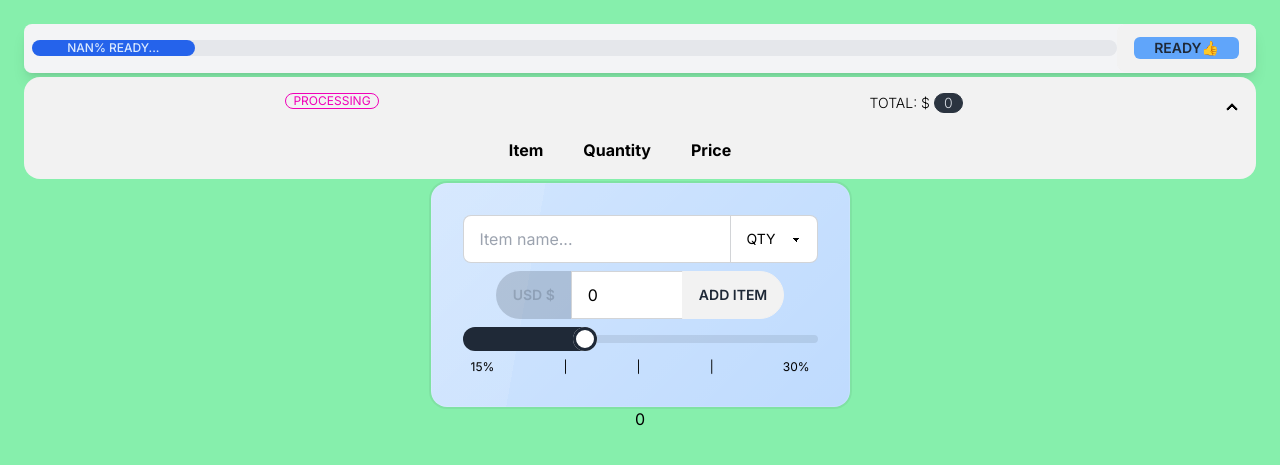
Repository: bitepay/bitepay-xyz
Page: /table
An editor plug-in stored every save of this project. The page is shown before and after the next save, followed by the edit.
The browser window is 1280 px wide. The pictures show the whole page.
The page's requests for data from a server got no answer. The project was rebuilt for these pictures with package versions that can differ from the ones it lists, and the page was loaded fresh each time. The framework's server and built-in components were replaced by stand-ins that run in the browser. No one was signed in, and anything a server would have sent is missing. Also part of the build but not shown: next.config.js.

Above is the page before, as saved 2023-06-27 23:42:28.

### src/pages/_app.js
import '@/styles/globals.css';
import { UserSocketProvider } from '@/context/UserSocketContext';

export default function App({ Component, pageProps }) {
  return (
    <UserSocketProvider>
      <Component {...pageProps} />
    </UserSocketProvider>
  )
}

### src/pages/table.js

// import Image from 'next/image'
import Head from "next/head"
// import Link from "next/link"
import { Inter } from 'next/font/google'

import { useUserSocketContext } from '@/context/UserSocketContext'

import { AddItemInput } from '@/components/AddItemInput'
import { ProgressBar } from '@/components/ProgressBar'
import { UserBill } from '@/components/UserBill'
import { MembersBill } from '@/components/MembersBill'

const inter = Inter({ subsets: ['latin'] })

export default function Table() {

  const { socket, user, tableMembers, setUser } = useUserSocketContext();

  if (user.tableID !== 0) {
    socket.emit('joinTable', user)
  }

  const handleUserDelete = (user, payload) => {
    socket.emit('userDeleteItem', {user, payload})
  };

  const handleUserUpdate = (user, payload) => {
    socket.emit('userUpdate', {user, payload})
  };

  const userUpdateStatus = (user) => {
    if (user.status === 'PROCESSING') {
      socket.emit('userUpdateStatus', { ...user, status: 'READY' })
    } else {
      socket.emit('userUpdateStatus', { ...user, status: 'PROCESSING' })
    }
  }

  return (
    <>
      <Head>
        <title>BitePay - Table</title>
        <meta name="description" content="The fastest and easiest way to divvy up the dining bill between your friends."></meta>
      </Head>

      <main className={`flex min-h-screen flex-col items-center p-6 ${inter.className} bg-green-300`} >

        <ProgressBar user={user} tableMembers={tableMembers} userUpdateStatus={userUpdateStatus} />
        <UserBill user={user} handleUserDelete={handleUserDelete} />
        <AddItemInput user={user} handleUserUpdate={handleUserUpdate} setUser={setUser} />
        <MembersBill tableMembers={tableMembers} userId={user.id}/>

      </main>
    </>
  )
}

### src/context/UserSocketContext.js
'use client';
import React, { createContext, useEffect, useState, useContext } from 'react'
import { io } from 'socket.io-client'


// Create a new context
const UserSocketContext = createContext({});

// Custom context provider component
export const UserSocketProvider = ({ children }) => {

  const [socket, setSocket] = useState(null);

  const [user, setUser] = useState({
    id: '',
    username: '',
    tableID: 0,
    myItems: [],
    tip: 15,
    total: 0,
    status: 'PROCESSING',
  });

  const [tableMembers, setTableMembers] = useState([]);

  // Establish the Socket.IO connection when the component mounts
  useEffect(() => {

    const socket = io('https://bitepay.xyz');
    setSocket(socket);

    socket.on('connect', () => {
      console.log('Successfully connected to the ws server!')
    })

    // set user id to the websocket id
    socket.on('setId', (data) => setUser((prevUser) => {
      prevUser.id = data
      return prevUser;
    }));

    // listen to events from ws server regarding members of the table
    socket.on('tableMembers', (data) => setTableMembers((prevTableMembers) => { return [...data.slice()] }));

    // listen to events from ws server regarding updates to tableMembers
    socket.on('tableMemberUpdate', (data) => {

      if (data.id === user.id) {
        setUser((prevUser) => {
          prevUser.myItems = data.myItems;
          prevUser.tip = data.tip;
          prevUser.total = data.total;
          prevUser.status = data.status;
          return prevUser;
        })
      }

      setTableMembers((prevTableMembers) => {
        return prevTableMembers.map((member) => {
          if (member.id === data.id) {
            member.myItems = data.myItems
            member.tip = data.tip
            member.total = data.total
            member.status = data.status
            return member
          } else {
            return member
          }
        })
      })
    });

    // listen to events from ws server regarding members leaving the table
    socket.on('userLeft', (data) => {
      setTableMembers((prevTableMembers) => {
        return prevTableMembers.filter((member) => {
          return member.id !== data.id
        })
      })
    });

    socket.on('disconnect', () => {
      console.log('Disconnected from the ws server!');
    });

    // Clean up the socket connection when the component unmounts
    return () => {
      socket.off('connect');
      socket.off('setId');
      socket.off('tableMembers');
      socket.off('tableMemberUpdate');
      socket.off('userLeft');
      socket.disconnect();
    };
  }, [user.id]);

  // Provide the socket object to the child components
  return (
    <UserSocketContext.Provider value={{socket, user, setUser, tableMembers, setTableMembers}}>
      {children}
    </UserSocketContext.Provider>
  );
};

// Export the SocketContext
export default UserSocketContext;

// Export a custom hook that can be used to consume this context
export const useUserSocketContext = () => useContext(UserSocketContext);

### src/components/AddItemInput.jsx
import { useState, useEffect } from 'react';

export const AddItemInput = ({ handleUserUpdate, user, setUser }) => {
	const [itemName, setItemName] = useState('');
	const [itemPrice, setItemPrice] = useState(0);
	const [itemQuantity, setItemQuantity] = useState(0);
	const [userTip, setUserTip] = useState(user.tip);

	useEffect(() => {
		setUserTip(user.tip)
	}, [])

	const handleClick = (e) => {
			e.preventDefault();
			if (itemQuantity === 0) {
					alert("Don't forget to add quantity!");
			}
			else if (itemPrice <= 0) {
					alert("Please don't forget to add your item's price!");
			}
			else if (itemName != "" && itemPrice > 0 && itemQuantity > 0) {
					const itemID = Math.ceil(Math.random()*1000000000);
					const payload = {itemID, itemName, itemPrice, itemQuantity};
					handleUserUpdate(user, payload);
					setItemName('');
					setItemPrice(0);
			} else {
					alert("Please fill out all fields");
			}
	}

	const handleTipChange = (e) => {
		setUser({...user, tip: parseInt(e.target.value)})
	}

	return (
		<>
			<div className="card glass bg-blue-200">
				<div className="card-body">
					<div className="join mx-auto">

						<input className="input input-bordered join-item max-w-34" placeholder="Item name..." value={itemName} onChange={(e) => {setItemName(e.target.value)}}/>

						<select className="select select-bordered join-item" value={itemQuantity} onChange={(e) => setItemQuantity(e.target.value)}>
							<option disabled value={0}>QTY</option>
							<option value={1/4}>
									1/4
							</option>
							<option value={1/3}>
									1/3
							</option>
							<option value={1/2}>
									1/2
							</option>
							<option value={1}>
									1
							</option>
							<option value={2}>
									2
							</option>
							<option value={3}>
									3
							</option>
							<option value={4}>
									4
							</option>
						</select>

					</div>
					<div className="mx-auto">
						<div className="join">
							<button className="btn join-item rounded-l-full" disabled="true">USD $</button>
							<input className="input input-bordered join-item w-28" placeholder="Price" type="number" value={itemPrice} onChange={(e) => {setItemPrice(e.target.value)}}/>
							<button className="btn join-item rounded-r-full" disabled={user.status === 'READY'} onClick={(e) => handleClick(e)}>ADD ITEM</button>
						</div>
					</div>
						<input type="range" min={15} max={30} value={20} className="range" step="1" onChange={(e) => handleTipChange(e)} />
						<div className="w-full flex justify-between text-xs px-2">
							<span>15%</span>
							<span>|</span>
							<span>|</span>
							<span>|</span>
							<span>30%</span>
						</div>
				</div>
			</div>
		</>
	)
};

### src/components/ProgressBar.jsx
import { useState, useEffect } from 'react';

export const ProgressBar = ({ tableMembers, user, userUpdateStatus }) => {

  const [progress, setProgress] = useState(0);

  useEffect(() => {
    const completed = tableMembers.filter((member) => member.status === 'READY');
    const progress = Math.round(100 * ((completed.length / tableMembers.length) * 100)) / 100;
    setProgress(progress);

    console.log(`Re-render triggered from tableMember update in ProgressBar. Progress is now ${progress}%`)
  }, [tableMembers])

  const progressBar = (progress) => {
    if (progress === 100) {
      return (
          <div className="w-full bg-gray-200 rounded-full dark:bg-gray-700">
            <div className="bg-green-600 text-xs font-medium text-green-100 text-center p-0.5 leading-none rounded-full" style={{width: `${progress}%`}}> {progress}% COMPLETE! </div>
          </div>
      )
    } else {
      return (
        <div className="w-full bg-gray-200 rounded-full dark:bg-gray-700">
            <div className="bg-blue-600 text-xs font-medium text-blue-100 text-center p-0.5 leading-none rounded-full" style={{width: `${progress < 15 ? 15 : progress}%`}}> {progress}% READY... </div>
          </div>
      )
    }
  }

  const handleChange = () => {
    userUpdateStatus(user)
  }

  const toggleStatusButton = (status) => {
    return (
      <label className="btn swap swap-rotate">

        {/* this hidden checkbox controls the state */}
        <input type="checkbox" onChange={() => handleChange()} checked={user.status === 'READY'}/>

        {/* ready icon */}

        <div class="swap-on bg-red-400 p-1 rounded-md">Make changes</div>
        <div class="swap-off bg-blue-400 p-1 rounded-md">Ready👍</div>

        {/* not ready icon */}


      </label>
    )

  }



  return (

      <div className="w-full flex items-center justify-between mb-.5 mx-auto pl-2 overflow-hidden rounded-lg shadow-lg bg-gray-100 uppercase border-b border-gray-100">
          {progressBar(progress)}
        <div id="final-bill-button">
          {toggleStatusButton(user.status)}
        </div>
      </div>

  )
}

### src/components/UserBill.jsx
export const UserBill = ({ user, handleUserDelete }) => {

  const UserItem = (item) => {
    const { itemID, itemName, itemPrice, itemQuantity } = item

    return (
      <tr key={`user-item-${itemID}`}>
				<td className="px-5">{itemName}</td>
				<td className="px-5">{itemQuantity}</td>
				<td className="px-5">{itemPrice}</td>
				{/* This is where we need to add the delete button for User delete feature */}
				<td className="px-5"><button className="btn btn-outline btn-error" onClick={() => handleUserDelete(user, item)} disabled={user.status === 'READY'}>DELETE</button></td>
			</tr>
    )
  }

  return (
    <div className="collapse collapse-arrow bg-base-200 m-1">
      <input type="radio" name="my-accordion-2" defaultChecked="true"/>
      <div className="collapse-title">
        {/* This is where we need to render name, status, and total */}
        <div className="flex justify-around">
          <div className="flex flex-col">
            <div className="text-lg font-medium">
              {user.username}
            </div>
            <div className={`badge badge-sm text-xs ${user.status === 'READY' ? 'badge-accent' : 'badge-secondary badge-outline'}`}>
              {user.status === 'READY' ? 'READY' : 'PROCESSING'}
            </div>
          </div>
          <div className="text-sm font-light my-auto">
            TOTAL{': $ '}
            <div className={`badge ${user.status === 'READY' ? 'badge-primary' : 'badge-neutral'}`}>
              {user.total}
            </div>
          </div>

        </div>
      </div>
      <div className="collapse-content">
        {/* This is where I need to map through user items */}
        <table className="table-auto mx-auto">
          <thead>
            <tr>
              <th className="px-5">Item</th>
              <th className="px-5">Quantity</th>
              <th className="px-5">Price</th>
              <th className="px-5"></th>
            </tr>
          </thead>
          <tbody>
            {user.myItems.map((item) => UserItem(item))}
          </tbody>
        </table>
      </div>
    </div>
  )
}

### src/components/MembersBill.jsx
export const MembersBill = ({ tableMembers, userId }) => {

  const MemberItem = (item) => {
    const { itemID, itemName, itemPrice, itemQuantity } = item

    return (
      <tr key={`member-item-${itemID}`}>
        <td className="px-5">{itemName}</td>
        <td className="px-5">{itemQuantity}</td>
        <td className="px-5">{itemPrice}</td>
        <td className="px-5">{' '}</td>
      </tr>
    )
  }

  return (
    <>
      {tableMembers.length && tableMembers.map((member) => {
        if (member.id !== userId) {
          return (
            <div key={`${member.id}-list-items`} className="collapse collapse-arrow bg-base-200 m-1">
              <input type="radio" name="my-accordion-2"/>
              <div className="collapse-title text-xl font-medium">
                {/* This is where we need to render name, status, and total */}
                {member.username}
              </div>
              <div className="collapse-content">
              <table className="table-auto mx-auto">
                <thead>
                  <tr>
                    <th className="px-5">Item</th>
                    <th className="px-5">Quantity</th>
                    <th className="px-5">Price</th>
                    <th className="px-5"></th>
                  </tr>
                </thead>
                <tbody>
                  {member.myItems?.length ? member.myItems.map((item) => MemberItem(item)) : <tr key="user-no-items"><td>No items yet</td></tr>}
                </tbody>
                </table>
              </div>
            </div>
          )
        }
      })}
    </>
  )
};

### tailwind.config.js
/** @type {import('tailwindcss').Config} */
module.exports = {
  content: [
    './src/pages/**/*.{js,ts,jsx,tsx,mdx}',
    './src/components/**/*.{js,ts,jsx,tsx,mdx}',
    './src/app/**/*.{js,ts,jsx,tsx,mdx}',
  ],
  theme: {
    extend: {
      backgroundImage: {
        'gradient-radial': 'radial-gradient(var(--tw-gradient-stops))',
        'gradient-conic':
          'conic-gradient(from 180deg at 50% 50%, var(--tw-gradient-stops))',
      },
    },
  },
  daisyui: {
    themes: [
      "light",
      "dark"
    ],
  },
  plugins: [require("daisyui")],
}

Loaded but not shown: src/pages/_document.js (common file); src/styles/globals.css (common file)

After the next save:
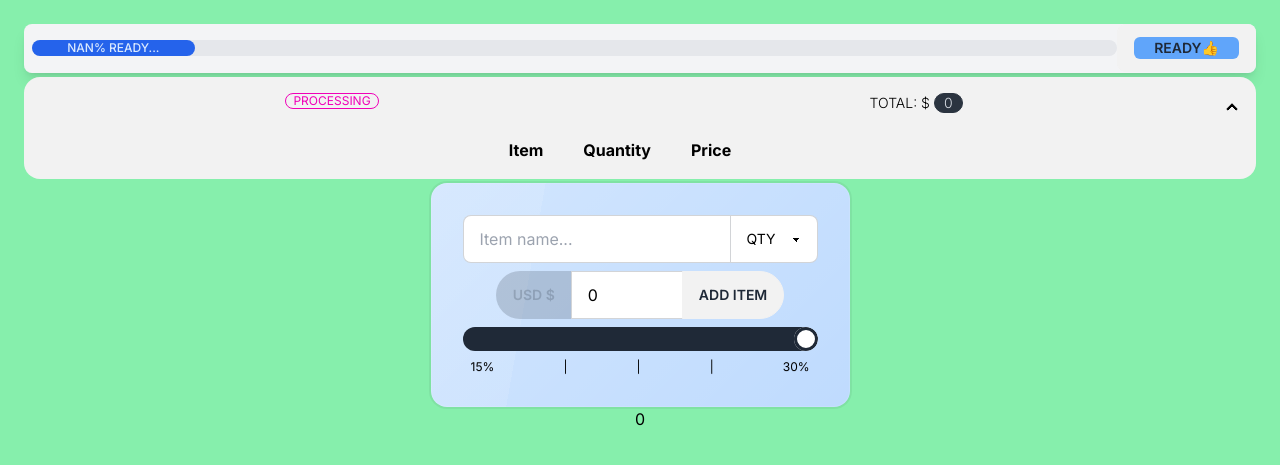
Saved 21 s later.
--- a/src/components/AddItemInput.jsx
+++ b/src/components/AddItemInput.jsx
@@ -74,7 +74,7 @@ export const AddItemInput = ({ handleUserUpdate, user, setUser }) => {
 							<button className="btn join-item rounded-r-full" disabled={user.status === 'READY'} onClick={(e) => handleClick(e)}>ADD ITEM</button>
 						</div>
 					</div>
-						<input type="range" min={15} max={30} value={20} className="range" step="1" onChange={(e) => handleTipChange(e)} />
+						<input type="range" min={15} max={30} value={30} className="range" step={1} onChange={(e) => handleTipChange(e)} />
 						<div className="w-full flex justify-between text-xs px-2">
 							<span>15%</span>
 							<span>|</span>
